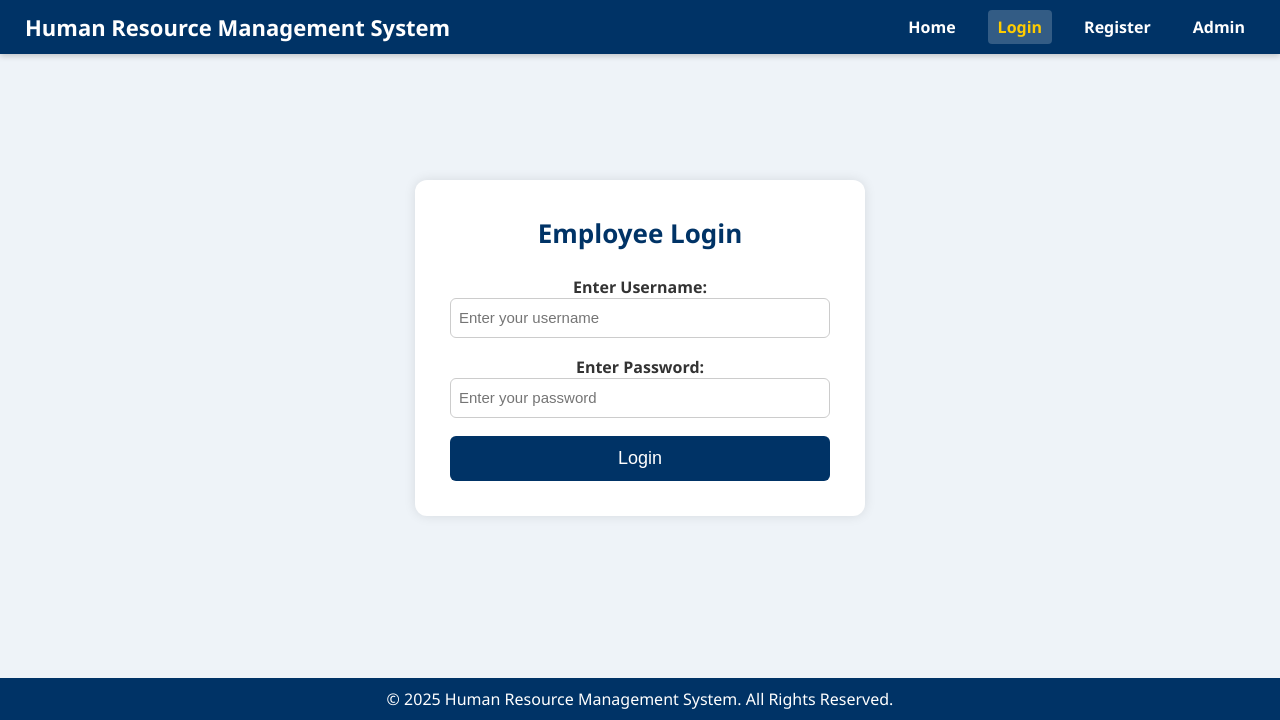
Repository: bhavyasrikandukuri/HRMS-Project
Page: http://localhost/Human_Resource_Management/loginemployee.jsp
The author's editor kept a copy of each file at every save. The page is drawn from the files as they stood at one save, then again after the next save.
The browser window is 1280 px wide. The pictures show the whole page.
The page is served by Tomcat 9. Other server files are loaded and not shown.

Above is the page before, as saved 2025-12-08 06:14:10.

### Human Resource Management/WebContent/loginemployee.jsp
<!DOCTYPE html>
<html lang="en">
<head>
<meta charset="UTF-8">
<title>Employee Login</title>
<meta name="viewport" content="width=device-width, initial-scale=1.0">
<style>
    * { margin: 0; padding: 0; box-sizing: border-box; }

    body {
        font-family: "Segoe UI", Arial, sans-serif;
        background: #eef3f8;
        color: #333;
        padding-top: 90px;
        padding-bottom: 60px;
    }

    /* Header */
    header {
        background: #003366;
        color: white;
        padding: 12px 25px;
        position: fixed;
        top: 0;
        width: 100%;
        z-index: 1000;
        display: flex;
        justify-content: space-between;
        align-items: center;
        box-shadow: 0 2px 6px rgba(0,0,0,0.2);
    }

    header h1 {
        font-size: 22px;
        font-weight: 600;
    }

    nav ul {
        list-style: none;
        display: flex;
        gap: 22px;
    }

    nav ul li a {
        color: white;
        text-decoration: none;
        font-weight: bold;
        padding: 6px 10px;
        border-radius: 4px;
        transition: 0.3s;
    }

    nav ul li a:hover, nav ul li.active a {
        background: rgba(255,255,255,0.2);
        color: #ffcc00;
    }

    /* Login Card */
    .login-container {
        width: 450px;
        background: #fff;
        padding: 35px;
        margin: 90px auto;
        border-radius: 12px;
        box-shadow: 0 0 12px rgba(0,0,0,0.1);
        text-align: center;
    }

    .login-container h2 {
        margin-bottom: 25px;
        color: #003366;
        font-size: 26px;
    }

    form {
        display: grid;
        row-gap: 18px;
    }

    label {
        font-weight: bold;
        text-align: left;
    }

    input[type="text"], input[type="password"] {
        height: 40px;
        width: 100%;
        padding: 8px;
        border: 1px solid #ccc;
        border-radius: 6px;
        font-size: 16px;
    }

    input::placeholder {
        font-size: 15px;
    }

    input[type="submit"] {
        height: 45px;
        background: #003366;
        color: white;
        border: none;
        border-radius: 6px;
        font-size: 18px;
        cursor: pointer;
        transition: 0.3s;
    }

    input[type="submit"]:hover {
        background: #00264d;
    }

    /* Footer */
    footer {
        background: #003366;
        color: white;
        padding: 10px 0;
        text-align: center;
        position: fixed;
        bottom: 0;
        width: 100%;
        z-index: 1000;
    }

    /* Responsive */
    @media (max-width: 600px) {
        .login-container {
            width: 90%;
            padding: 25px;
        }
        header h1 { font-size: 18px; }
        nav ul { gap: 12px; }
    }

</style>
</head>
<body>

<header>
    <h1>Human Resource Management System</h1>
    <nav>
        <ul>
            <li><a href="home.jsp">Home</a></li>
            <li class="active"><a href="loginemployee.jsp">Login</a></li>
            <li><a href="signup.jsp">Register</a></li>
            <li><a href="loginadmin.jsp">Admin</a></li>
        </ul>
    </nav>
</header>

<div class="login-container">
    <h2>Employee Login</h2>

    <form action="employeelogin" method="post">
        <div>
            <label>Enter Username:</label>
            <input type="text" name="username" placeholder="Enter your username" required>
        </div>

        <div>
            <label>Enter Password:</label>
            <input type="password" name="password" placeholder="Enter your password" required>
        </div>

        <input type="submit" value="Login">
    </form>
</div>

<footer>
    <p>&copy; 2025 Human Resource Management System. All Rights Reserved.</p>
</footer>

</body>
</html>

After the next save:
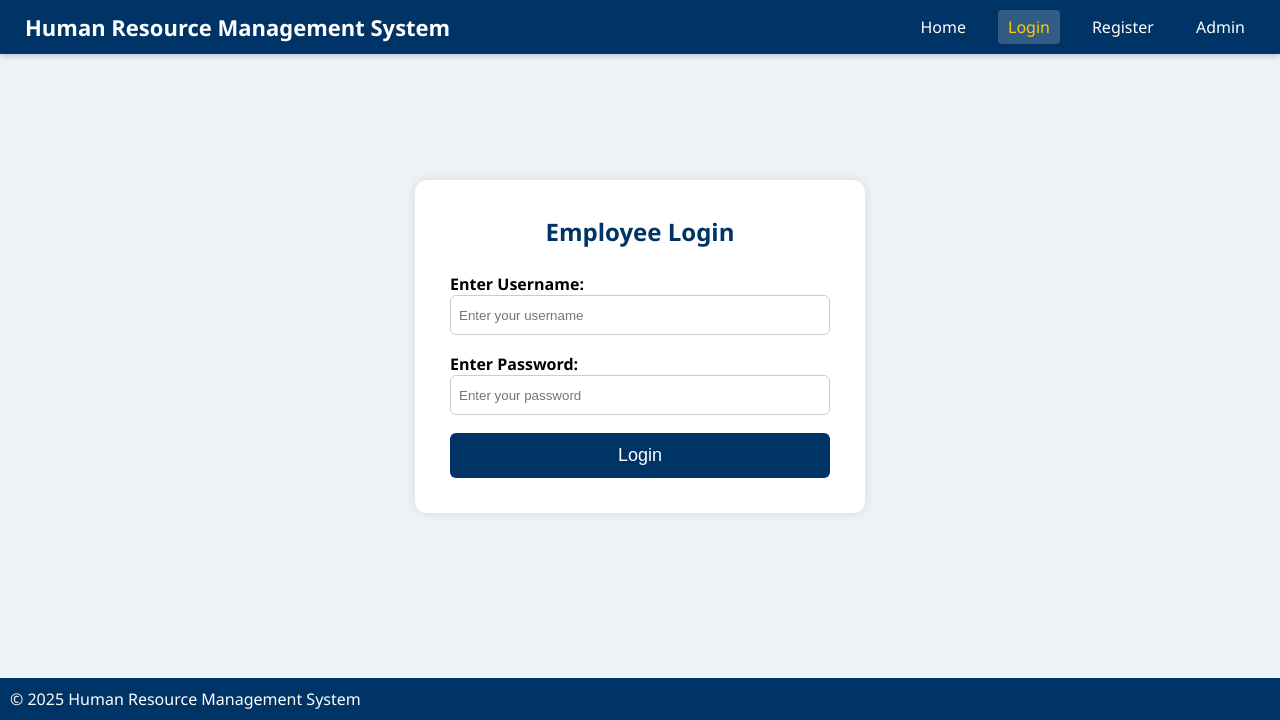
Saved 12 min 39 s later.
--- a/Human Resource Management/WebContent/loginemployee.jsp
+++ b/Human Resource Management/WebContent/loginemployee.jsp
@@ -1,21 +1,23 @@
+<%@ page language="java" contentType="text/html; charset=UTF-8" pageEncoding="UTF-8"%>
+<%@ taglib uri="http://java.sun.com/jsp/jstl/core" prefix="c" %>
+
 <!DOCTYPE html>
 <html lang="en">
 <head>
 <meta charset="UTF-8">
 <title>Employee Login</title>
 <meta name="viewport" content="width=device-width, initial-scale=1.0">
+
 <style>
     * { margin: 0; padding: 0; box-sizing: border-box; }
 
     body {
         font-family: "Segoe UI", Arial, sans-serif;
         background: #eef3f8;
-        color: #333;
         padding-top: 90px;
         padding-bottom: 60px;
     }
 
-    /* Header */
     header {
         background: #003366;
         color: white;
@@ -23,7 +25,6 @@
         position: fixed;
         top: 0;
         width: 100%;
-        z-index: 1000;
         display: flex;
         justify-content: space-between;
         align-items: center;
@@ -44,7 +45,6 @@
     nav ul li a {
         color: white;
         text-decoration: none;
-        font-weight: bold;
         padding: 6px 10px;
         border-radius: 4px;
         transition: 0.3s;
@@ -55,7 +55,6 @@
         color: #ffcc00;
     }
 
-    /* Login Card */
     .login-container {
         width: 450px;
         background: #fff;
@@ -69,17 +68,22 @@
     .login-container h2 {
         margin-bottom: 25px;
         color: #003366;
-        font-size: 26px;
     }
 
     form {
         display: grid;
         row-gap: 18px;
+        text-align: left;
     }
 
     label {
         font-weight: bold;
-        text-align: left;
+    }
+
+    .error {
+        color: red;
+        font-size: 14px;
+        margin-top: 4px;
     }
 
     input[type="text"], input[type="password"] {
@@ -88,11 +92,6 @@
         padding: 8px;
         border: 1px solid #ccc;
         border-radius: 6px;
-        font-size: 16px;
-    }
-
-    input::placeholder {
-        font-size: 15px;
     }
 
     input[type="submit"] {
@@ -103,37 +102,19 @@
         border-radius: 6px;
         font-size: 18px;
         cursor: pointer;
-        transition: 0.3s;
     }
 
-    input[type="submit"]:hover {
-        background: #00264d;
-    }
-
-    /* Footer */
     footer {
         background: #003366;
         color: white;
-        padding: 10px 0;
-        text-align: center;
+        padding: 10px;
         position: fixed;
         bottom: 0;
         width: 100%;
-        z-index: 1000;
     }
-
-    /* Responsive */
-    @media (max-width: 600px) {
-        .login-container {
-            width: 90%;
-            padding: 25px;
-        }
-        header h1 { font-size: 18px; }
-        nav ul { gap: 12px; }
-    }
-
 </style>
 </head>
+
 <body>
 
 <header>
@@ -152,22 +133,40 @@
     <h2>Employee Login</h2>
 
     <form action="employeelogin" method="post">
+
         <div>
             <label>Enter Username:</label>
-            <input type="text" name="username" placeholder="Enter your username" required>
+            <input type="text" name="username"
+                   value="${enteredUsername}"
+                   placeholder="Enter your username" required>
+
+            <!-- Username error -->
+            <c:if test="${not empty usernameError}">
+                <p class="error">${usernameError}</p>
+            </c:if>
         </div>
 
         <div>
             <label>Enter Password:</label>
             <input type="password" name="password" placeholder="Enter your password" required>
+
+            <!-- Password error -->
+            <c:if test="${not empty passwordError}">
+                <p class="error">${passwordError}</p>
+            </c:if>
         </div>
+
+        <!-- Combined login error -->
+        <c:if test="${not empty loginError}">
+            <p class="error">${loginError}</p>
+        </c:if>
 
         <input type="submit" value="Login">
     </form>
 </div>
 
 <footer>
-    <p>&copy; 2025 Human Resource Management System. All Rights Reserved.</p>
+    <p>&copy; 2025 Human Resource Management System</p>
 </footer>
 
 </body>
